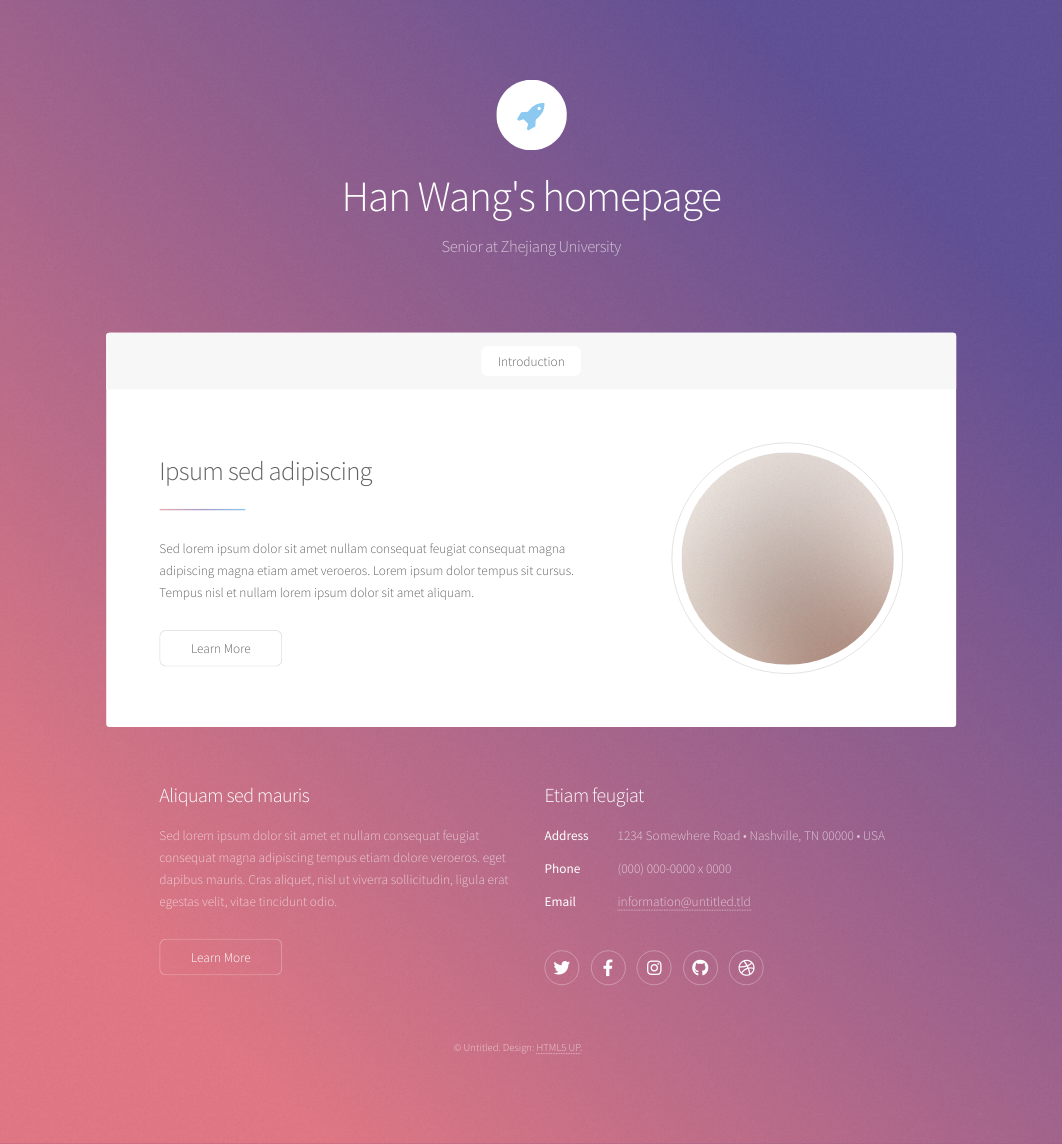
Repository: SatonoDia/SatonoDia.github.io
Page: index.html
These files come from the project's save history. The page is drawn as it stood at one moment and after the next save; the edit follows.
The browser window is 1280 px wide. The pictures show the whole page, at 83% of full size.

Above is the page before, as saved 2024-02-16 11:10:21.
Console error: TypeError: Cannot read properties of undefined (reading 'on')

### index.html
<!DOCTYPE HTML>
<!--
	Stellar by HTML5 UP
	html5up.net | @ajlkn
	Free for personal and commercial use under the CCA 3.0 license (html5up.net/license)
-->
<html>
	<head>
		<title>Stellar by HTML5 UP</title>
		<meta charset="utf-8" />
		<meta name="viewport" content="width=device-width, initial-scale=1, user-scalable=no" />
		<link rel="stylesheet" href="assets/css/main.css" />
		<noscript><link rel="stylesheet" href="assets/css/noscript.css" /></noscript>
	</head>
	<body class="is-preload">

		<!-- Wrapper -->
			<div id="wrapper">

				<!-- Header -->
					<header id="header" class="alt">
						<span class="logo"><img src="images/logo.svg" alt="" /></span>
						<h1>Han Wang's homepage</h1>
						<p>Senior at Zhejiang University</p>
					</header>

				<!-- Nav -->
					<nav id="nav">
						<ul>
							<li><a href="#intro" class="active">Introduction</a></li>

						</ul>
					</nav>

				<!-- Main -->
					<div id="main">

						<!-- Introduction -->
							<section id="intro" class="main">
								<div class="spotlight">
									<div class="content">
										<header class="major">
											<h2>Ipsum sed adipiscing</h2>
										</header>
										<p>Sed lorem ipsum dolor sit amet nullam consequat feugiat consequat magna
										adipiscing magna etiam amet veroeros. Lorem ipsum dolor tempus sit cursus.
										Tempus nisl et nullam lorem ipsum dolor sit amet aliquam.</p>
										<ul class="actions">
											<li><a href="generic.html" class="button">Learn More</a></li>
										</ul>
									</div>
									<span class="image"><img src="images/pic01.jpg" alt="" /></span>
								</div>
							</section>
						<!--
							<section id="first" class="main special">
								<header class="major">
									<h2>Magna veroeros</h2>
								</header>
								<ul class="features">
									<li>
										<span class="icon solid major style1 fa-code"></span>
										<h3>Ipsum consequat</h3>
										<p>Sed lorem amet ipsum dolor et amet nullam consequat a feugiat consequat tempus veroeros sed consequat.</p>
									</li>
									<li>
										<span class="icon major style3 fa-copy"></span>
										<h3>Amed sed feugiat</h3>
										<p>Sed lorem amet ipsum dolor et amet nullam consequat a feugiat consequat tempus veroeros sed consequat.</p>
									</li>
									<li>
										<span class="icon major style5 fa-gem"></span>
										<h3>Dolor nullam</h3>
										<p>Sed lorem amet ipsum dolor et amet nullam consequat a feugiat consequat tempus veroeros sed consequat.</p>
									</li>
								</ul>
								<footer class="major">
									<ul class="actions special">
										<li><a href="generic.html" class="button">Learn More</a></li>
									</ul>
								</footer>
							</section>


							<section id="second" class="main special">
								<header class="major">
									<h2>Ipsum consequat</h2>
									<p>Donec imperdiet consequat consequat. Suspendisse feugiat congue<br />
									posuere. Nulla massa urna, fermentum eget quam aliquet.</p>
								</header>
								<ul class="statistics">
									<li class="style1">
										<span class="icon solid fa-code-branch"></span>
										<strong>5,120</strong> Etiam
									</li>
									<li class="style2">
										<span class="icon fa-folder-open"></span>
										<strong>8,192</strong> Magna
									</li>
									<li class="style3">
										<span class="icon solid fa-signal"></span>
										<strong>2,048</strong> Tempus
									</li>
									<li class="style4">
										<span class="icon solid fa-laptop"></span>
										<strong>4,096</strong> Aliquam
									</li>
									<li class="style5">
										<span class="icon fa-gem"></span>
										<strong>1,024</strong> Nullam
									</li>
								</ul>
								<p class="content">Nam elementum nisl et mi a commodo porttitor. Morbi sit amet nisl eu arcu faucibus hendrerit vel a risus. Nam a orci mi, elementum ac arcu sit amet, fermentum pellentesque et purus. Integer maximus varius lorem, sed convallis diam accumsan sed. Etiam porttitor placerat sapien, sed eleifend a enim pulvinar faucibus semper quis ut arcu. Ut non nisl a mollis est efficitur vestibulum. Integer eget purus nec nulla mattis et accumsan ut magna libero. Morbi auctor iaculis porttitor. Sed ut magna ac risus et hendrerit scelerisque. Praesent eleifend lacus in lectus aliquam porta. Cras eu ornare dui curabitur lacinia.</p>
								<footer class="major">
									<ul class="actions special">
										<li><a href="generic.html" class="button">Learn More</a></li>
									</ul>
								</footer>
							</section>


							<section id="cta" class="main special">
								<header class="major">
									<h2>Congue imperdiet</h2>
									<p>Donec imperdiet consequat consequat. Suspendisse feugiat congue<br />
									posuere. Nulla massa urna, fermentum eget quam aliquet.</p>
								</header>
								<footer class="major">
									<ul class="actions special">
										<li><a href="generic.html" class="button primary">Get Started</a></li>
										<li><a href="generic.html" class="button">Learn More</a></li>
									</ul>
								</footer>
							</section> -->

					</div>

				<!-- Footer -->
					<footer id="footer">
						<section>
							<h2>Aliquam sed mauris</h2>
							<p>Sed lorem ipsum dolor sit amet et nullam consequat feugiat consequat magna adipiscing tempus etiam dolore veroeros. eget dapibus mauris. Cras aliquet, nisl ut viverra sollicitudin, ligula erat egestas velit, vitae tincidunt odio.</p>
							<ul class="actions">
								<li><a href="generic.html" class="button">Learn More</a></li>
							</ul>
						</section>
						<section>
							<h2>Etiam feugiat</h2>
							<dl class="alt">
								<dt>Address</dt>
								<dd>1234 Somewhere Road &bull; Nashville, TN 00000 &bull; USA</dd>
								<dt>Phone</dt>
								<dd>(000) 000-0000 x 0000</dd>
								<dt>Email</dt>
								<dd><a href="#">information@untitled.tld</a></dd>
							</dl>
							<ul class="icons">
								<li><a href="#" class="icon brands fa-twitter alt"><span class="label">Twitter</span></a></li>
								<li><a href="#" class="icon brands fa-facebook-f alt"><span class="label">Facebook</span></a></li>
								<li><a href="#" class="icon brands fa-instagram alt"><span class="label">Instagram</span></a></li>
								<li><a href="#" class="icon brands fa-github alt"><span class="label">GitHub</span></a></li>
								<li><a href="#" class="icon brands fa-dribbble alt"><span class="label">Dribbble</span></a></li>
							</ul>
						</section>
						<p class="copyright">&copy; Untitled. Design: <a href="https://html5up.net">HTML5 UP</a>.</p>
					</footer>

			</div>

		<!-- Scripts -->
			<script src="assets/js/jquery.min.js"></script>
			<script src="assets/js/jquery.scrollex.min.js"></script>
			<script src="assets/js/jquery.scrolly.min.js"></script>
			<script src="assets/js/browser.min.js"></script>
			<script src="assets/js/breakpoints.min.js"></script>
			<script src="assets/js/util.js"></script>
			<script src="assets/js/main.js"></script>

	</body>
</html>

Loaded but not shown: assets/js/jquery.min.js (library); assets/js/jquery.scrollex.min.js (common file); assets/css/fontawesome-all.min.css (library); assets/js/jquery.scrolly.min.js (common file); assets/js/browser.min.js (common file); assets/js/breakpoints.min.js (common file); assets/js/util.js (587 lines, source omitted); assets/js/main.js (123 lines, source omitted); assets/css/main.css (3785 lines, source omitted)

After the next save:
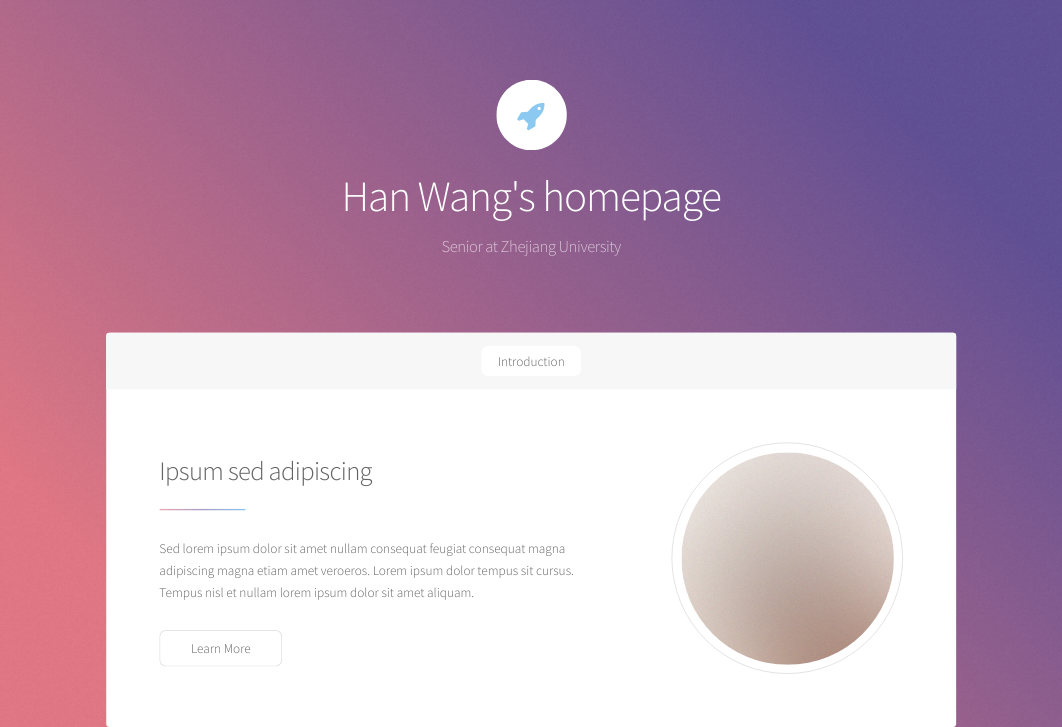
Saved 33 s later.
--- a/index.html
+++ b/index.html
@@ -135,7 +135,7 @@
 
 					</div>
 
-				<!-- Footer -->
+				<!-- Footer
 					<footer id="footer">
 						<section>
 							<h2>Aliquam sed mauris</h2>
@@ -165,7 +165,7 @@
 						<p class="copyright">&copy; Untitled. Design: <a href="https://html5up.net">HTML5 UP</a>.</p>
 					</footer>
 
-			</div>
+			</div>-->
 
 		<!-- Scripts -->
 			<script src="assets/js/jquery.min.js"></script>
